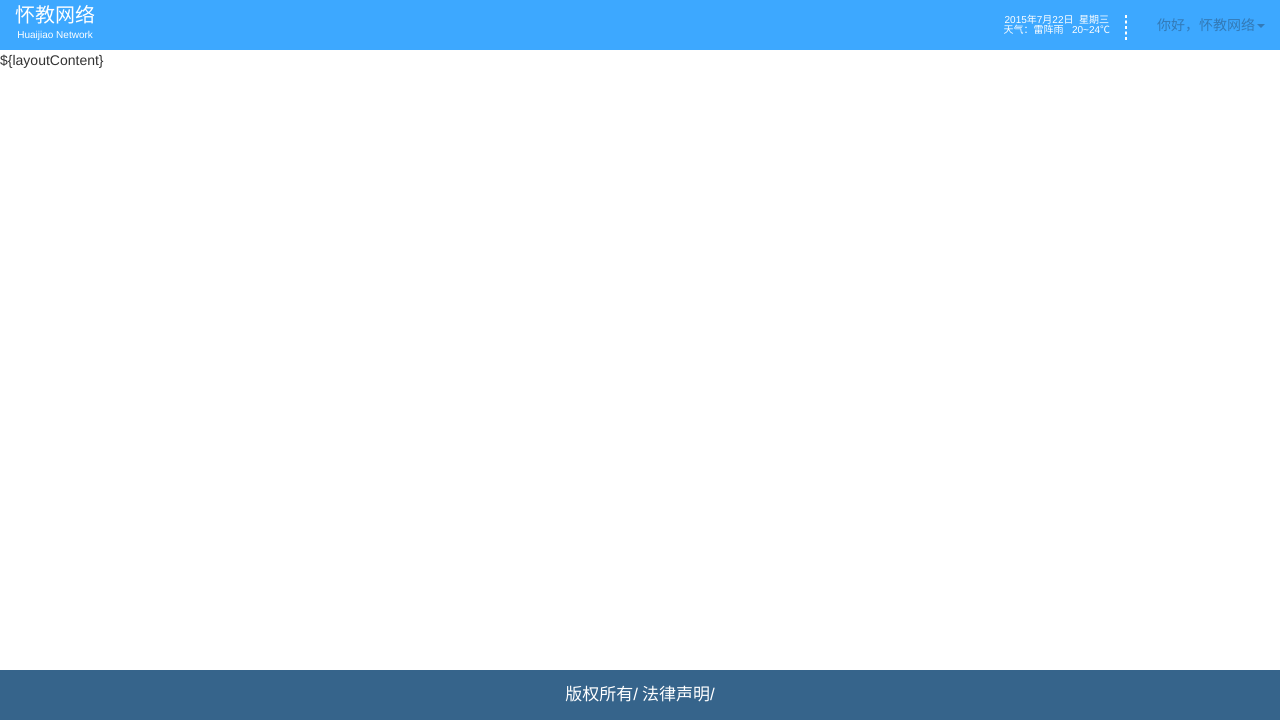
Repository: GaoChengliang/summerTask
Page: Campus_gcl/WebRoot/common/_layout.html
The author's editor kept a copy of each file at every save. The page is drawn from the files as they stood at one save, then again after the next save.
The browser window is 1280 px wide. The pictures show the whole page.

Above is the page before, as saved 2015-09-08 06:34:41.

After the next save:
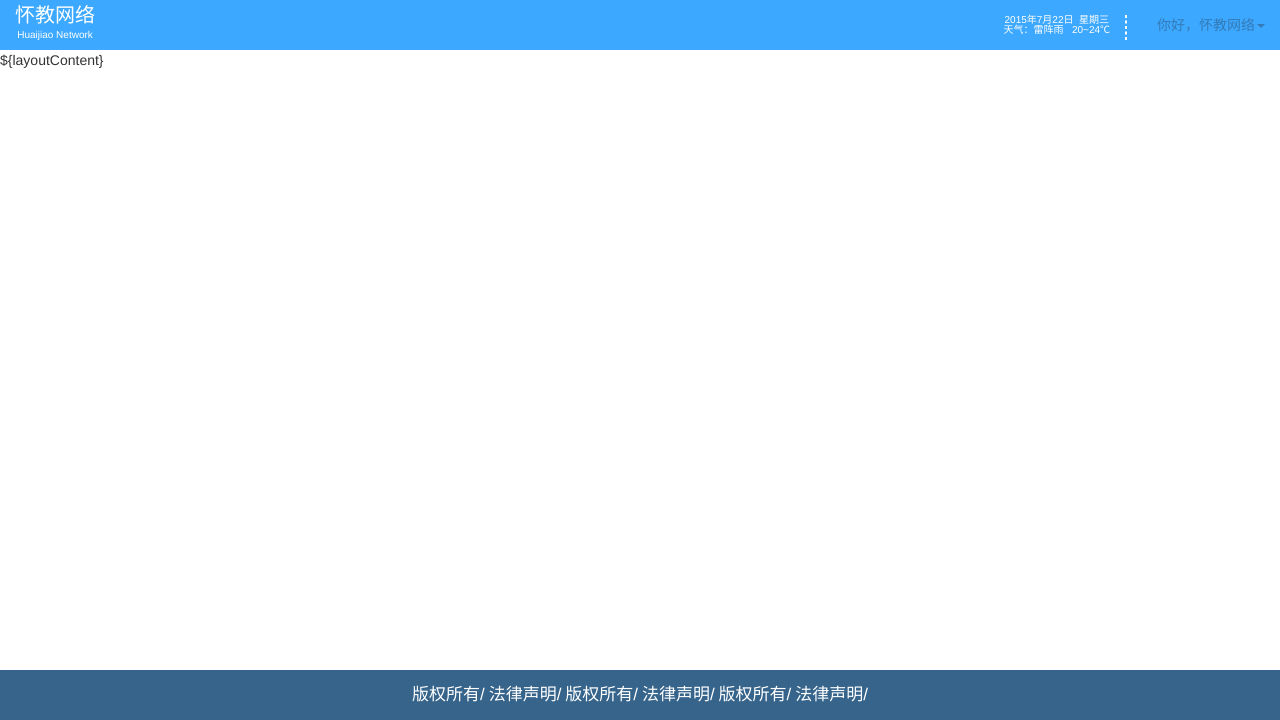
Saved 6 s later.
--- a/Campus_gcl/WebRoot/common/_layout.html
+++ b/Campus_gcl/WebRoot/common/_layout.html
@@ -54,6 +54,10 @@
 		<div class="container-fluid" style="background: #36648B; height:50px; text-align:center">
 				<a class="font-style-footer" href="#">版权所有/</a>
 				<a class="font-style-footer" href="#">法律声明/</a>
+				<a class="font-style-footer" href="#">版权所有/</a>
+				<a class="font-style-footer" href="#">法律声明/</a>
+				<a class="font-style-footer" href="#">版权所有/</a>
+				<a class="font-style-footer" href="#">法律声明/</a>
 		</div>
 	</nav>
 
